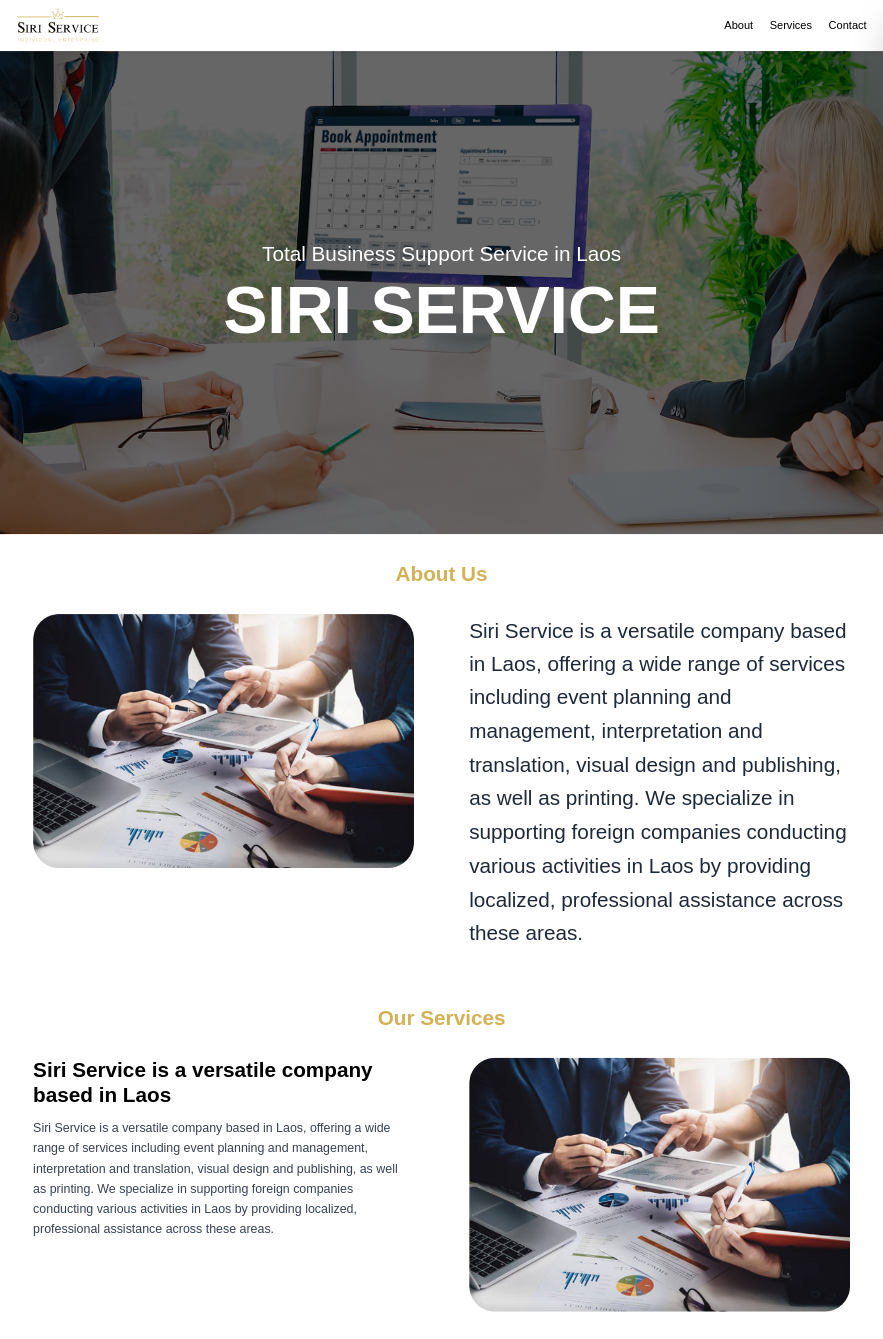
Repository: Phailin-teamplate/siri-service-web
Page: /
The author's editor kept a copy of each file at every save. The page is drawn from the files as they stood at one save, then again after a run of saves.
The browser window is 1280 px wide. The pictures show the whole page, at 69% of full size.
The project was rebuilt for these pictures with package versions that can differ from the ones it lists, and the page was loaded fresh each time. The framework's server and built-in components were replaced by stand-ins that run in the browser. Also part of the build but not shown: next.config.ts.

Above is the page before, as saved 2025-07-02 14:36:45.

After the next 2 saves:
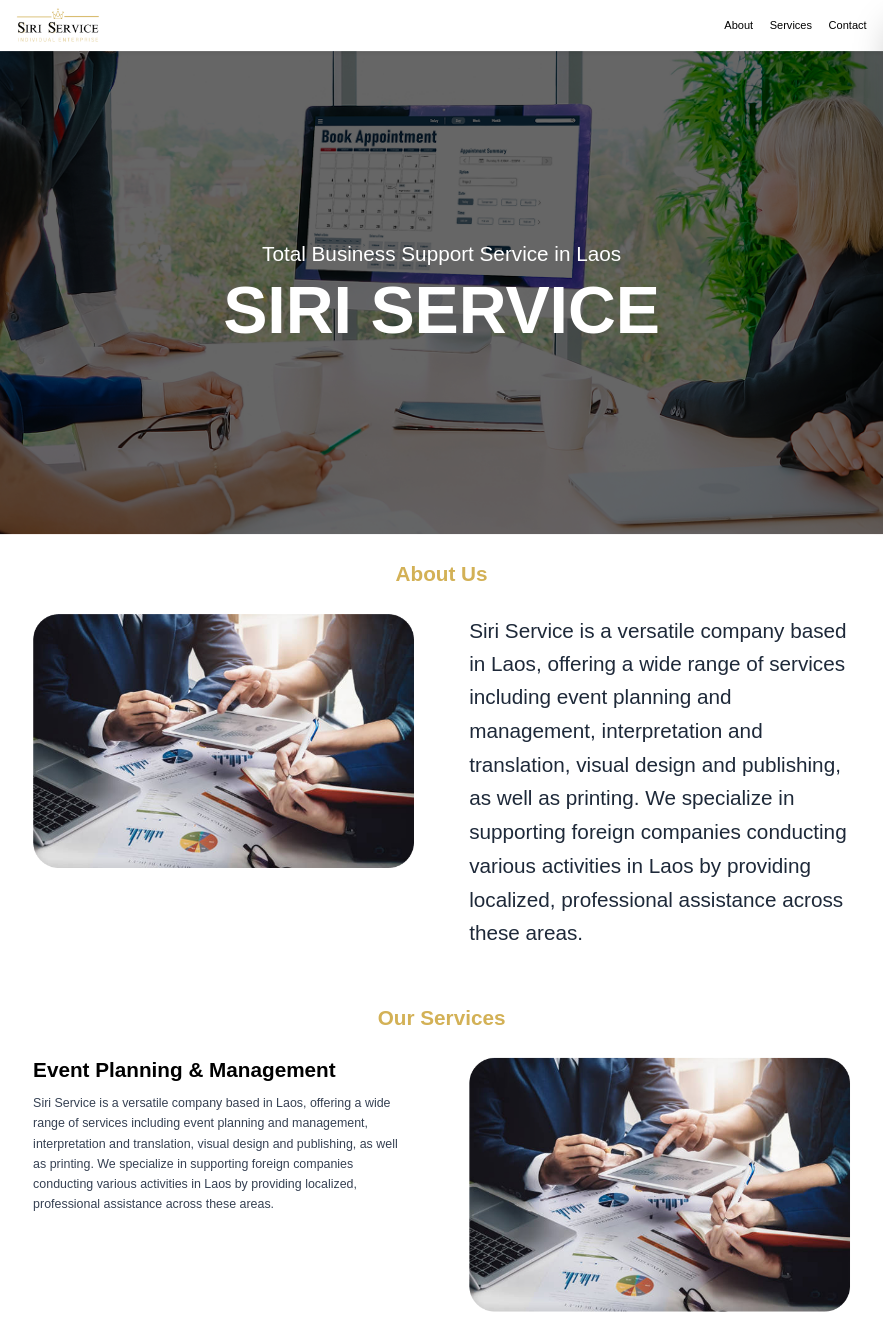
The 2 saves are shown as one change because they came seconds apart.
The last was saved 33 s later.
--- a/src/components/Service.tsx
+++ b/src/components/Service.tsx
@@ -26,7 +26,7 @@
         {/* Text */}
   <div className="w-full max-w-[720px] text-center md:text-left">
           <h1 className="text-black text-2xl sm:text-3xl font-semibold mb-4">
-            Siri Service is a versatile company based in Laos
+            Event Planning & Management
           </h1>
           <p className="text-gray-700 text-base sm:text-lg leading-relaxed">
             Siri Service is a versatile company based in Laos, offering a wide range of
